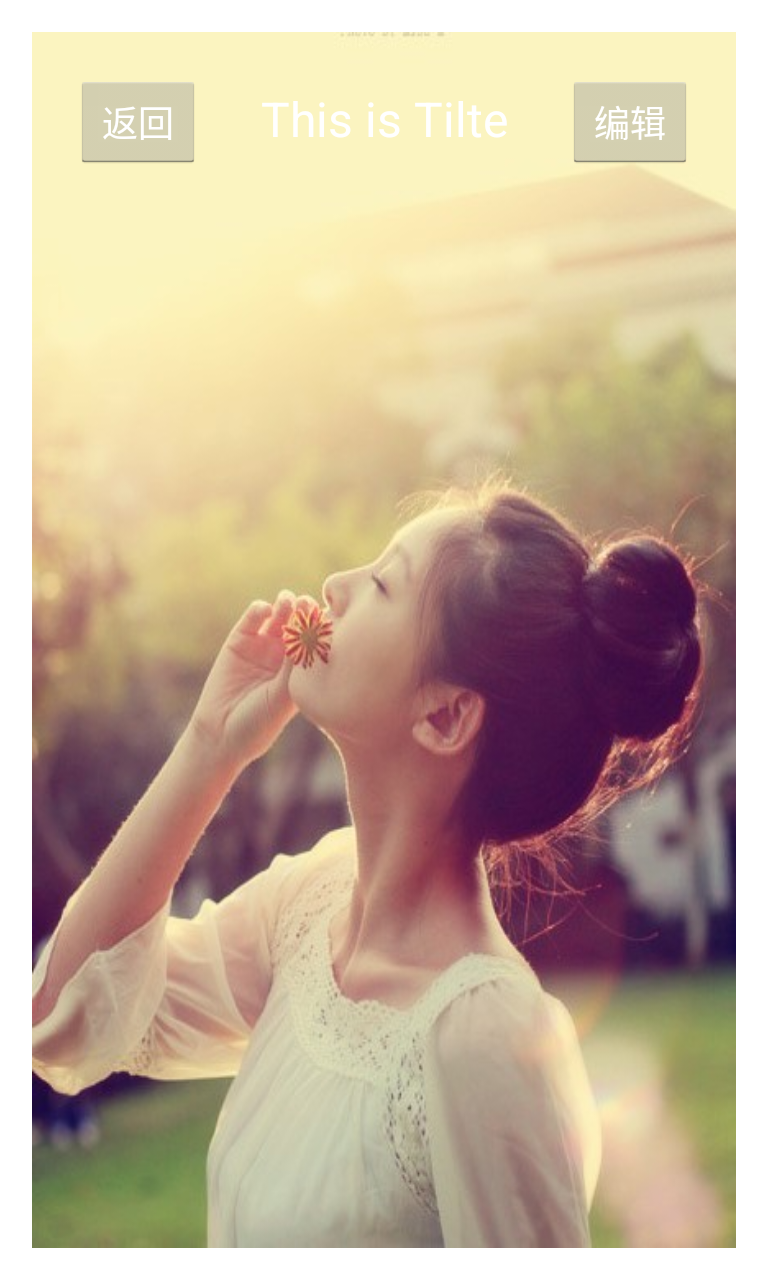
Repository: jinpp/Android
Layout: UICustomViews/res/layout/activity_main.xml
An editor plug-in stored every save of this project. The layout is shown before and after the next save, followed by the edit.
Pictures or frames that could not be fetched are drawn as grey boxes. It is drawn on a 768 x 1280 px phone screen (xhdpi) without system bars, with theme AppTheme; the app's code is not run.

Above is the layout before, as saved 2016-11-17 05:45:40.

### UICustomViews/res/layout/activity_main.xml
<LinearLayout xmlns:android="http://schemas.android.com/apk/res/android"
    xmlns:tools="http://schemas.android.com/tools"
    android:layout_width="match_parent"
    android:layout_height="match_parent"
    android:paddingBottom="@dimen/activity_vertical_margin"
    android:paddingLeft="@dimen/activity_horizontal_margin"
    android:paddingRight="@dimen/activity_horizontal_margin"
    android:paddingTop="@dimen/activity_vertical_margin"
    tools:context=".MainActivity" >

    <include layout="@layout/title" />

    <android.widget.TitleLayout
        android:layout_width="wrap_content"
        android:layout_height="wrap_content" >
    </android.widget.TitleLayout>

</LinearLayout>

### UICustomViews/res/layout/title.xml
<LinearLayout xmlns:android="http://schemas.android.com/apk/res/android"
    xmlns:tools="http://schemas.android.com/tools"
    android:layout_width="match_parent"
    android:layout_height="match_parent"
    android:paddingBottom="@dimen/activity_vertical_margin"
    android:paddingLeft="@dimen/activity_horizontal_margin"
    android:paddingRight="@dimen/activity_horizontal_margin"
    android:paddingTop="@dimen/activity_vertical_margin"
    android:background="@drawable/myphone"
    tools:context=".MainActivity" >

    <Button
        android:id="@+id/rbutton"
        android:layout_width="wrap_content"
        android:layout_height="wrap_content"
        android:layout_margin="5dip"
        android:textColor="#fff"
        android:text="返回" />

    <TextView
        android:id="@+id/textview"
        android:layout_width="wrap_content"
        android:layout_height="wrap_content"
        android:layout_margin="5dip"
        android:layout_weight="1"
        android:textColor="#fff"
        android:gravity="center"
        android:text="This is Tilte"
        android:textSize="24sp" />

    <Button
        android:id="@+id/ebutton"
        android:layout_width="wrap_content"
        android:layout_height="wrap_content"

        android:layout_margin="5dip"
        android:textColor="#fff"
        android:text="编辑" />

</LinearLayout>

Loaded but not shown: UICustomViews/res/values/styles.xml (common file); UICustomViews/res/values-v11/styles.xml (common file); UICustomViews/res/values-v14/styles.xml (common file); UICustomViews/res/values/dimens.xml (common file)

After the next save:
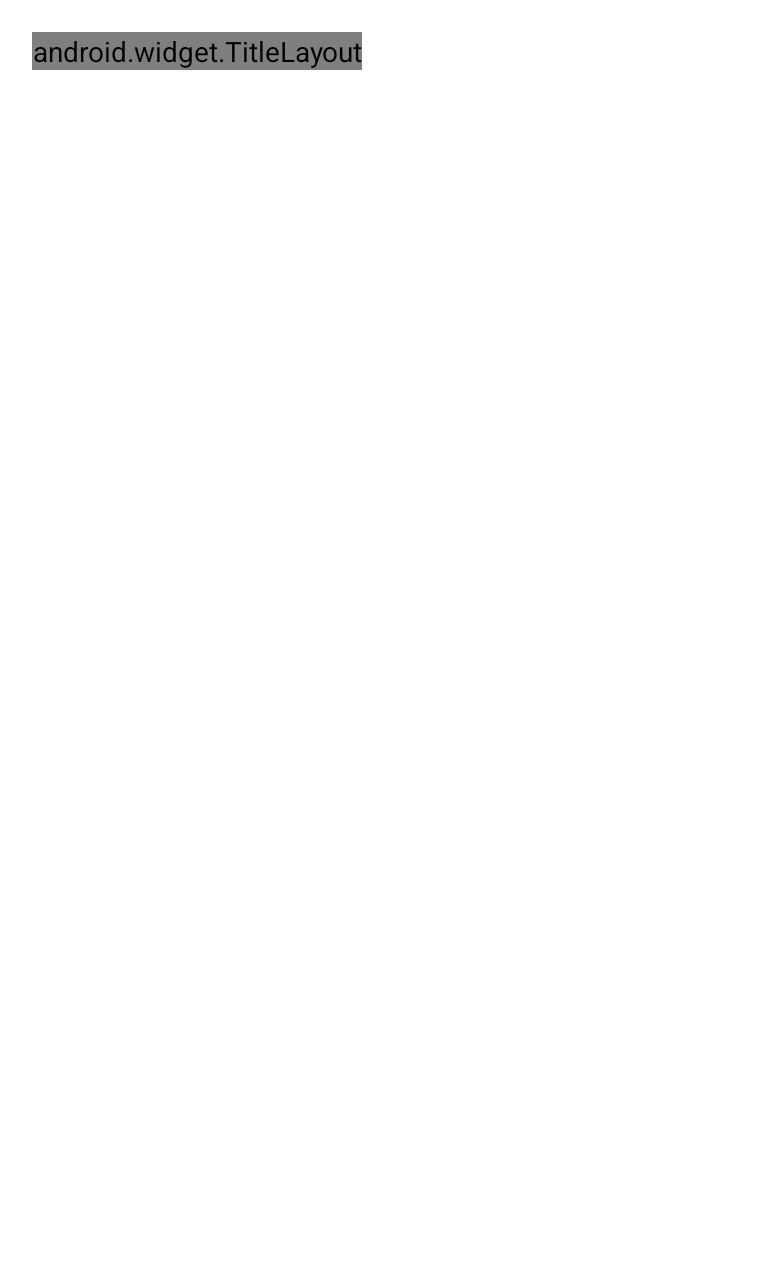
Saved 13 s later.
--- a/UICustomViews/res/layout/activity_main.xml
+++ b/UICustomViews/res/layout/activity_main.xml
@@ -8,7 +8,7 @@
     android:paddingTop="@dimen/activity_vertical_margin"
     tools:context=".MainActivity" >
 
-    <include layout="@layout/title" />
+
 
     <android.widget.TitleLayout
         android:layout_width="wrap_content"

After the save that followed:
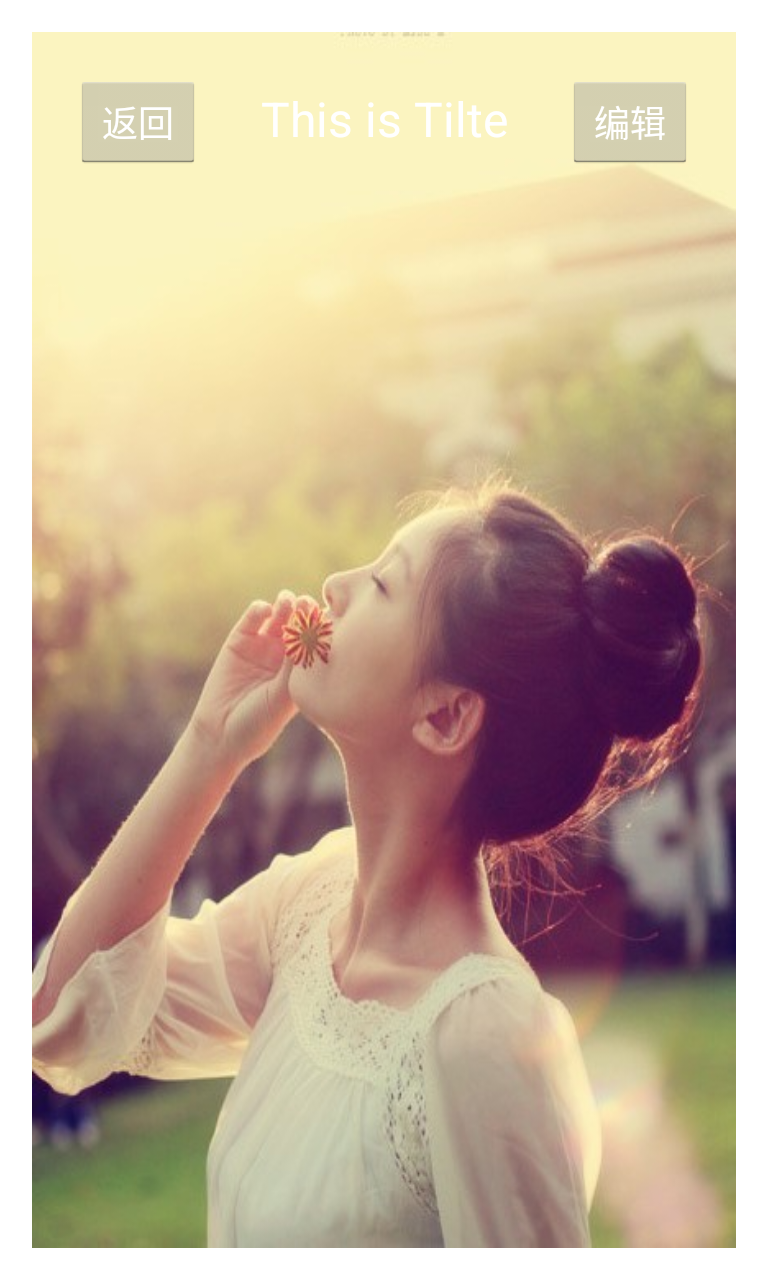
Saved 4 s later.
--- a/UICustomViews/res/layout/activity_main.xml
+++ b/UICustomViews/res/layout/activity_main.xml
@@ -8,7 +8,7 @@
     android:paddingTop="@dimen/activity_vertical_margin"
     tools:context=".MainActivity" >
 
-
+    <include layout="@layout/title" />
 
     <android.widget.TitleLayout
         android:layout_width="wrap_content"
